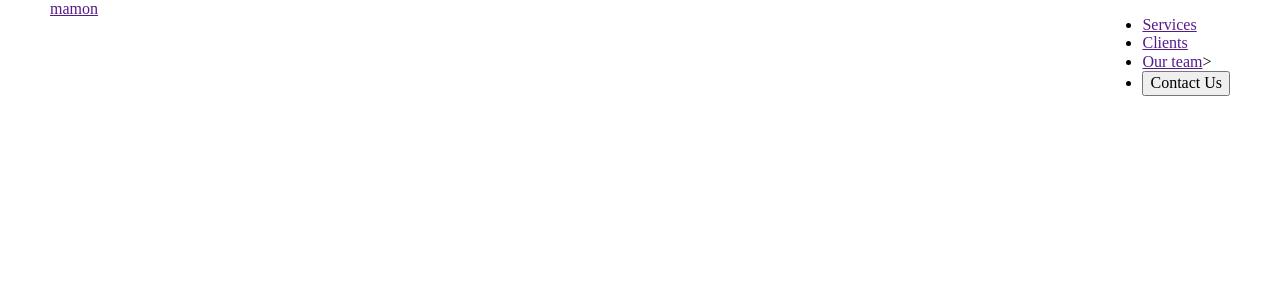
Repository: Vitalii23081984/testHGC
Page: index.html
An editor plug-in stored every save of this project. The page is shown before and after the next save, followed by the edit.
The browser window is 1280 px wide. The pictures show the whole page.

Above is the page before, as saved 2022-11-20 09:26:04.

After the next save:
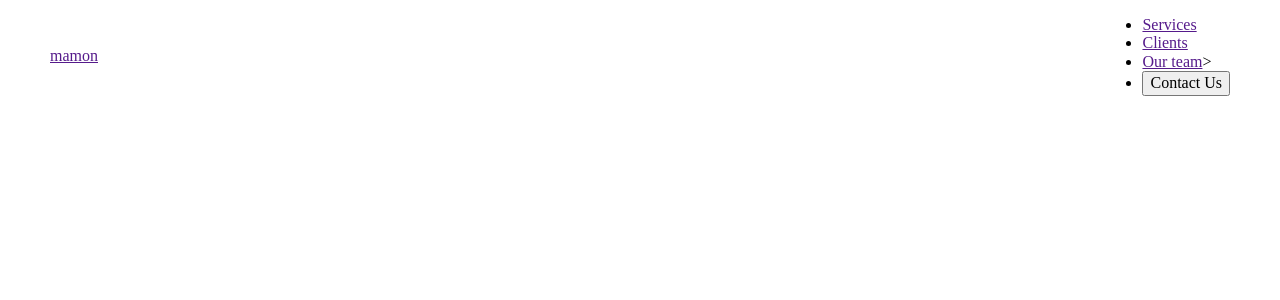
Saved 2 min 26 s later.
--- a/css/style.css
+++ b/css/style.css
@@ -5,6 +5,9 @@
     width: 100%;
     max-width: 1180px;
     margin: 0 auto;
+    padding-left: 15px;
+    padding-right: 15px;
     display: flex;
     justify-content: space-between;
+    align-items: center;
 }
